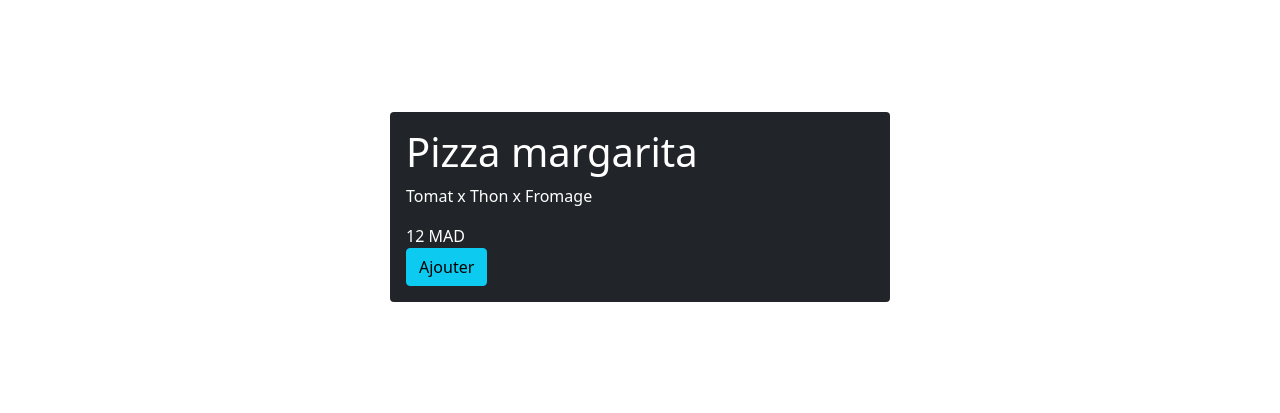
Repository: FS-23/my-restaurant
Page: /
The author's editor kept a copy of each file at every save. The page is drawn from the files as they stood at one save, then again after the next save.
The browser window is 1280 px wide. The pictures show the whole page.
The project was rebuilt for these pictures with package versions that can differ from the ones it lists, and the page was loaded fresh each time.

Above is the page before, as saved 2022-04-29 13:44:00.

After the next save:
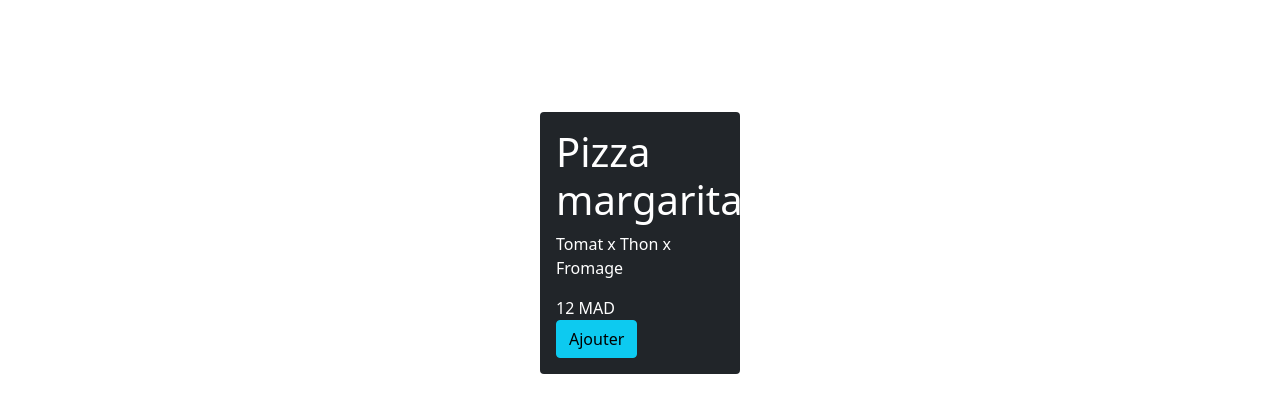
Saved 21 s later.
--- a/src/components/Plat.js
+++ b/src/components/Plat.js
@@ -1,7 +1,7 @@
 
 function Plat (props){
     return(
-        <div className="bg-dark mt-5 p-3 rounded" style={{width:'500px' , margin: "auto"}}>
+        <div className="bg-dark mt-5 p-3 rounded" style={{width:'200px' , margin: "auto"}}>
             <h1>{props.name} </h1>
            <p> {props.ingredient}</p>
            <div>
